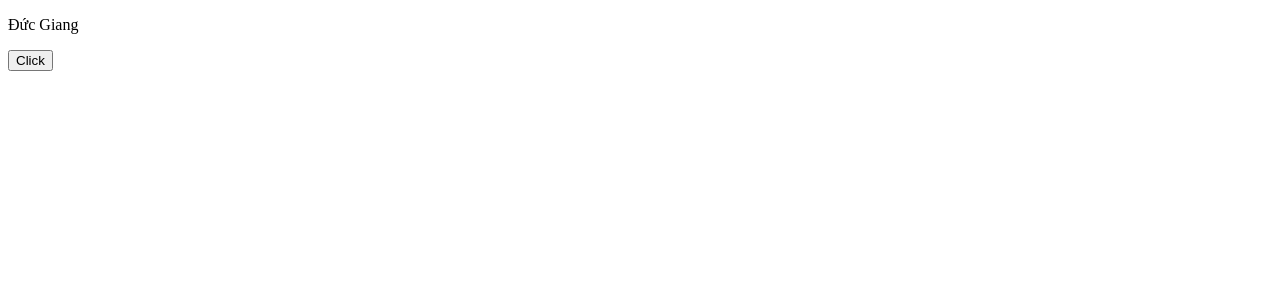
Repository: Giangattt123/Mogo_Project
Page: app/scripts/Basic/basic_1/index.html
An editor plug-in stored every save of this project. The page is shown before and after the next save, followed by the edit.
The browser window is 1280 px wide. The pictures show the whole page.

Above is the page before, as saved 2023-03-25 15:00:25.
Console error: ReferenceError: z is not defined

After the next save:
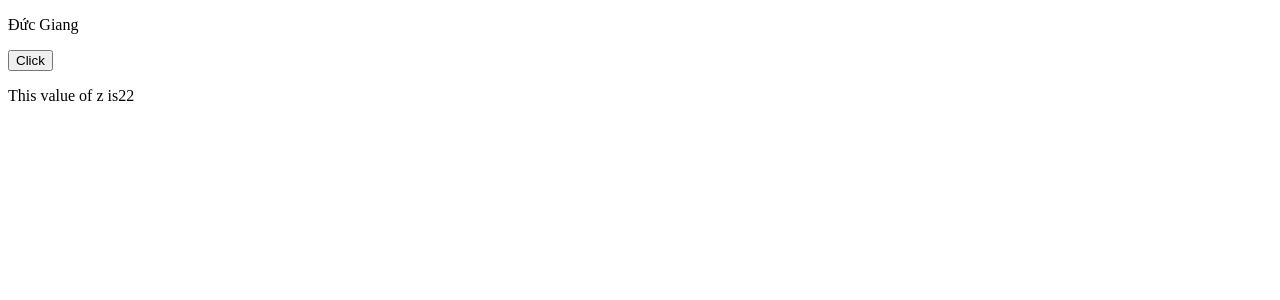
The error is gone.
Saved 4 min 42 s later.
--- a/app/scripts/Basic/basic_1/index.html
+++ b/app/scripts/Basic/basic_1/index.html
@@ -19,7 +19,7 @@
     <script>
       x = 10;
       y = 12;
-      z = z + y;
+      z = x + y;
       document.getElementById("demo1").innerHTML = "This value of z is" + z;
     </script>
     <!-- JS cũng có thể đặt trong thẻ <body></body> => không khuyến khích bởi có thể làm cho trải nghiệm người dùng không thực sự tốt -->
